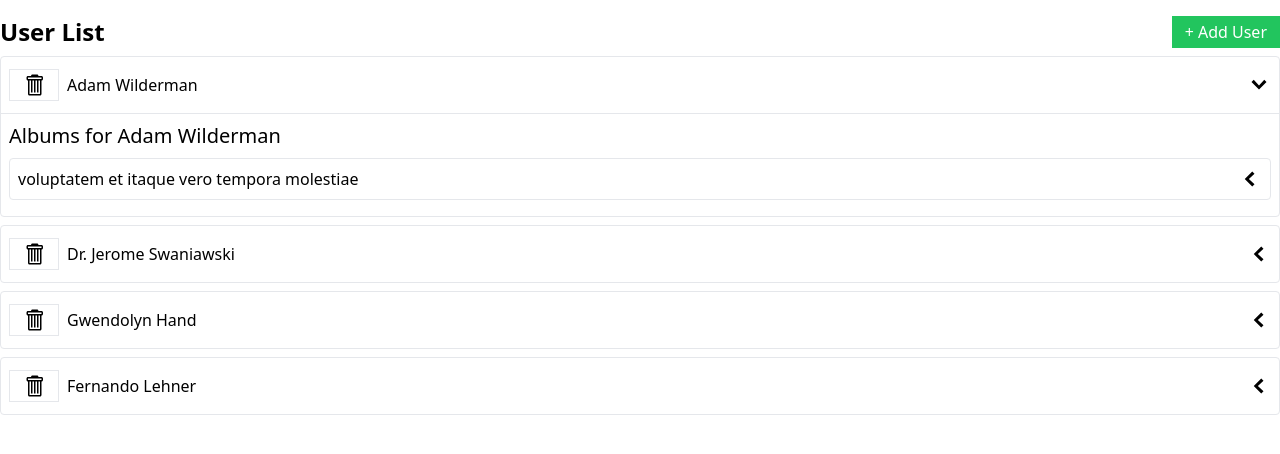
Repository: Marhamat92/users-app-redux-thunk-and-query
Page: /, after clicking the first element matching `div.p-2 > :nth-child(2)`
An editor plug-in stored every save of this project. The page is shown before and after the next save, followed by the edit.
The browser window is 1280 px wide. The pictures show the whole page.
The project was rebuilt for these pictures with package versions that can differ from the ones it lists, and the page was loaded fresh each time. Requests to the local data server were answered from the project's data file.

Above is the page before, as saved 2023-02-02 17:35:13.

### src/index.js
import React from 'react';
import ReactDOM from 'react-dom/client';
import './index.css';
import App from './App';
import { Provider } from 'react-redux';
import { store } from './store';

const root = ReactDOM.createRoot(document.getElementById('root'));
root.render(
  <Provider store={store}>
    <App />
  </Provider>
);

### src/App.js
import UsersList from "./components/UsersList";


function App() {
  return (
    <div className="container mx-auto">
      <UsersList />
    </div>
  );
}

export default App;

### src/store/index.js
import { configureStore } from '@reduxjs/toolkit';
import { usersReducer } from './slices/usersSlice';
import {albumsApi} from './apis/albumsApi'; //we import the api that we created in the albumsApi.js
import {setupListeners} from '@reduxjs/toolkit/query'; //this is the function that we use //!to listen to the api

export const store = configureStore({
  reducer: {
    users: usersReducer,
    [albumsApi.reducerPath]:albumsApi.reducer //we add the reducer of the api to the store. there is another way: //!albums:albumsApi.reducer
  },
  middleware: (getDefaultMiddleware) => getDefaultMiddleware().concat(albumsApi.middleware) //we add the middleware of the api to the store
  //Middleware helps you with logging, error reporting, making asynchronous requests, and a whole lot more.
 });

setupListeners(store.dispatch); //we use this function to //!listen to the api

export * from './thunks/fetchUsers'; //  We are importing this here and exporting it from here so we can use it in App.js
export * from './thunks/addUser'; //  We are importing this here and exporting it from here so we can use it in App.js
export * from './thunks/removeUser'; //  We are importing this here and exporting it from here so we can use it in App.js
export {useFetchAlbumsQuery} from './apis/albumsApi'; //we export the hook of the api to use it in the component

### src/components/UsersList.js
import React, { useEffect, useState } from 'react'
import { fetchUsers, addUser } from '../store'
import { useDispatch, useSelector } from 'react-redux'
import Skeleton from './Skeleton'
import Button from './Button'
import { useThunk } from '../hooks/use-thunk'
import UsersListItem from './UsersListItem'



function UsersList() {
  const dispatch = useDispatch()
  const { data } = useSelector((state) => {
    return state.users;
  });
  // const [isLoadingUsers, setIsLoadingUsers] = useState(false)  //!we removed these two lines because we are using hook useThunk
  // const [loadingUsersError, setLoadingUsersError] = useState(null)
  const [doFetchUsers, isLoadingUsers, loadingUsersError] = useThunk(fetchUsers) //!we are using useThunk hook to get the data from the server
  //! we deleted isLoading and error from destructring because we will use useState instead of isLoading and error which are isLoadingUsers and loadingUsersError
  // const [isAddingUser, setIsAddingUser] = useState(false)
  // const [addingUserError, setAddingUserError] = useState(null)
  const [doAddUser, isAddingUser, addingUserError] = useThunk(addUser) //!we are using useThunk hook to add the data to the server


  useEffect(() => {

    doFetchUsers(); //!we are using doFetchUsers instead of dispatch(fetchUsers()) because we are using useThunk hook
    //when we console log dispatch we see unwrap, so we ca use t to create a promise and then we can use then and catch to show the loading or error accordingly
  }, [doFetchUsers])

  const handleAddUser = () => {
    doAddUser()
  }

  let content;
  if (isLoadingUsers) {
    content = <Skeleton className="h-10 w-full" times={10} />
  } else if (loadingUsersError) {
    content = <div>Error while fetching data..</div>
  } else {
    content = data.map((user) => {
      return (
        <UsersListItem key={user.id} user={user} />
      )
    })
  }


  return (

    <div>
      <div className='flex flex-row justify-between items-center mt-4' >
        <h1 className='text-2xl font-bold' >User List</h1>
        <Button loading={isAddingUser} onClick={handleAddUser} success>
          + Add User
        </Button>
        {addingUserError && <div>Error while adding user</div>}
      </div>
      {content}
    </div>
  )
}

export default UsersList

### src/store/slices/usersSlice.js
import { createSlice } from '@reduxjs/toolkit';
import { fetchUsers } from '../thunks/fetchUsers';
import { addUser } from '../thunks/addUser';
import { removeUser } from '../thunks/removeUser';

const usersSlice = createSlice({
  name: "users",
  initialState: {
    data: [],
    // isLoading: false,
    // error: null,

  },
  reducers: {},// we don't need reducers here because we are not creating a slice, we are creating a slice for fetching users in src/store/thunks/fetchUsers.//js
  extraReducers(builder) {
    builder.addCase(fetchUsers.pending, (state, action) => { state.isLoading = true });
    builder.addCase(fetchUsers.fulfilled, (state, action) => { state.isLoading = false; state.data = action.payload; });
    builder.addCase(fetchUsers.rejected, (state, action) => { state.isLoading = false; state.error = action.payload; });
    builder.addCase(addUser.pending, (state, action) => { state.isLoading = true; })
    builder.addCase(addUser.fulfilled, (state, action) => { state.isLoading = false; state.data.push(action.payload) });
    builder.addCase(addUser.rejected, (state, action) => { state.isLoading = false; state.error = action.error });
    builder.addCase(removeUser.pending, (state, action) => { state.isLoading = true })
    builder.addCase(removeUser.fulfilled, (state, action) => { state.isLoading = false; state.data = state.data.filter(user => user.id !== action.payload.id) })
    builder.addCase(removeUser.rejected, (state, action) => { state.isLoading = false; state.error = action.error })
  }

});


//pending means that we are waiting for the response from the server
//fulfilled means that we got the response from the server
//rejected means that we got an error from the server

export const usersReducer = usersSlice.reducer;

### src/store/apis/albumsApi.js
 import { createApi,fetchBaseQuery} from '@reduxjs/toolkit/query/react'

 const albumsApi = createApi({
    reducerPath: 'albums',  //this is the name of the reducer that we will use in the store
    baseQuery: fetchBaseQuery({   //normally we cant use axios because of redux query has fetch function and its configuration is with fetchBaseQuery
      baseUrl: "http://localhost:3004"
    }),
    endpoints(builder){
      return {
        fetchAlbums:builder.query({
          query:(user)=>{ //we pass the user as a parameter to the query because we need the user id to get the albums of the user from the api and how we found user id in the thunk we pass it to the query
            return {
              url:'/albums',  //this is the url of the api that we add to base url
              params:{      //this is the query parameter that we add to the url ex: http://localhost:3004/albums?userId=1
                userId:user.id //we can add more than one parameter
              },
              method:'GET' //this is the method of the api
              //we don't add body because we don't need to send data to the api
            }
          }
        })
      }

    }

 });

 export const {useFetchAlbumsQuery} = albumsApi; //this is the hook that we use in the component and we take this name from the name of the endpoint,it can be any name we want , for example we name it getAlbums and below we will use useGetAlbumsQuery
 export {albumsApi} //we export the api to use it in the store

### src/store/thunks/fetchUsers.js
import { createAsyncThunk } from "@reduxjs/toolkit";  // we use createAsyncThunk instead of createSlice here because we are not creating a slice, we are creating a thunk for fetching users
import axios from "axios";

const fetchUsers = createAsyncThunk('users/fetch', async () => {
  const response = await axios.get('http://localhost:3004/users')

  //!lets add short pause for development test to see if loading works or not (we will remove it later)
  await pause(1000) //! we are using await here because we want to wait for the pause to finish before we return the response.data
  return response.data;
})


//!lets add short pause for development test to see if loading works or not (we will remove it later)
const pause = (duration) => {
  return new Promise((resolve) => {
    setTimeout(
      resolve, duration)
  })
}


// when we create async thunk, fetchUsers.pending, fetchUsers.fulfilled, fetchUsers.rejected are automatically created and we can use them inside extraReducers in src/store/slices/usersSlice.js
//so fetchUsers.pending === 'users/fetch/pending', fetchUsers.fulfilled === 'users/fetch/fulfilled', fetchUsers.rejected === 'users/fetch/rejected'

//pending means that we are waiting for the response from the server
//fulfilled means that we got the response from the server
//rejected means that we got an error from the server

export { fetchUsers };

### src/store/thunks/addUser.js
import { createAsyncThunk } from '@reduxjs/toolkit';
import axios from 'axios';
import { faker } from '@faker-js/faker';

const addUser = createAsyncThunk('users/add', async () => {
  const response = await axios.post('http://localhost:3004/users', {
    name: faker.name.fullName(),
  });

  return response.data;
});

export { addUser };

### src/store/thunks/removeUser.js
import { createAsyncThunk } from '@reduxjs/toolkit';
import axios from 'axios';

const removeUser = createAsyncThunk(
  'users/remove', async (user) => {
    axios.delete(`http://localhost:3004/users/${user.id}`);
    return user;
  });

export { removeUser }

### src/components/Skeleton.js
import React from 'react'
import classNames from 'classnames'

function Skeleton({ times, className }) {

  const outerClassNames = classNames(
    'relative',
    'overflow-hidden',
    'bg-gray-200',
    'rounded',
    'mb-2.5',
    'mt-2.5',
    className
  );
  const innerClassNames = classNames(
    'animate-shimmer',
    'absolute',
    'inset-0',
    '-translate-x-full',
    'bg-gradient-to-r',
    'from-gray-200',
    'via-white',
    'to-gray-200',


  );

  const boxes = Array(times).fill(0).map((_, i) => {
    return (<div key={i} className={outerClassNames}>
      <div className={innerClassNames} />
    </div>)
  });



  return boxes
}

export default Skeleton

### src/components/Button.js
import className from 'classnames';
import { GoSync } from 'react-icons/go'

function Button({
  children,
  primary,
  secondary,
  success,
  warning,
  danger,
  outline,
  rounded,
  loading,
  ...rest
}) {
  const classes = className(
    rest.className,
    'flex items-center px-3 py-1.5 border h-8',
    {
      'opacity-80': loading,
      'border-blue-500 bg-blue-500 text-white': primary,
      'border-gray-900 bg-gray-900 text-white': secondary,
      'border-green-500 bg-green-500 text-white': success,
      'border-yellow-400 bg-yellow-400 text-white': warning,
      'border-red-500 bg-red-500 text-white': danger,
      'rounded-full': rounded,
      'bg-white': outline,
      'text-blue-500': outline && primary,
      'text-gray-900': outline && secondary,
      'text-green-500': outline && success,
      'text-yellow-400': outline && warning,
      'text-red-500': outline && danger,
    }
  );

  return (
    <button disabled={loading} {...rest} className={classes}>
      {loading ? <GoSync className="animate-spin" /> : children}
    </button>
  );
}

Button.propTypes = {
  checkVariationValue: ({ primary, secondary, success, warning, danger }) => {
    const count =
      Number(!!primary) +
      Number(!!secondary) +
      Number(!!warning) +
      Number(!!success) +
      Number(!!danger);

    if (count > 1) {
      return new Error(
        'Only one of primary, secondary, success, warning, danger can be true'
      );
    }
  },
};

export default Button;

### src/hooks/use-thunk.js
import { useState, useCallback } from 'react'
import { useDispatch } from 'react-redux'

export function useThunk(thunk) {
  const [isLoading, setIsLoading] = useState(false);
  const [error, setError] = useState(null);
  const dispatch = useDispatch();

  const runThunk = useCallback(
    (arg) => {
      setIsLoading(true);
      dispatch(thunk(arg))
        .unwrap()
        .catch((err) => setError(err))
        .finally(() => setIsLoading(false));
    },
    [dispatch, thunk]
  );

  return [runThunk, isLoading, error];
}

### src/components/UsersListItem.js
import React from 'react'
import { GoTrashcan } from 'react-icons/go';
import { removeUser } from '../store';
import Button from './Button';
import { useThunk } from '../hooks/use-thunk';
import ExpandablePanel from './ExpandablePanel';
import AlbumsList from './AlbumsList';


function UsersListItem({ user }) {
  const [doRemoveUser, isLoading, error] = useThunk(removeUser)

  const handleRemoveUser = () => {
    doRemoveUser(user)
  }

  const header = <>
    <Button onClick={handleRemoveUser} loading={isLoading} >
      <GoTrashcan className='text-2xl hover:text-red-500 cursor-pointer ' />
    </Button>
    <div className='flex p-2 justify-between items-center cursor-pointer' >{user.name}</div>
  </>

  return (<ExpandablePanel header={header} >
    <AlbumsList user={user} />
  </ExpandablePanel>
  )
}

export default UsersListItem

### src/components/ExpandablePanel.js
import React, { useState } from 'react'
import { GoChevronDown, GoChevronLeft } from 'react-icons/go'

function ExpandablePanel({ header, children }) {
  const [expanded, setExpanded] = useState(false)


  const toggleExpanded = () => {
    setExpanded(!expanded)
  }



  return (
    <div className="mb-2 border rounded mt-2">
      <div className="flex p-2 justify-between items-center ">
        <div className="flex flex-row items-center justify-between">
          {header}
        </div>
        <div className='cursor-pointer' onClick={toggleExpanded} >
          {expanded ? <GoChevronDown className='text-2xl' /> : <GoChevronLeft className='text-2xl' />}
        </div>
      </div>
      {
        expanded && <div className='p-2 border-t' >
          {children}
        </div>
      }

    </div>
  )
}

export default ExpandablePanel

### src/components/AlbumsList.js
import React from 'react'
import { useFetchAlbumsQuery } from '../store';
import Skeleton from './Skeleton'
import Button from './Button'
import ExpandablePanel from './ExpandablePanel'


function AlbumsList({ user }) {

 const {data,error,isLoading} = useFetchAlbumsQuery(user) //we use the hook of the api to get the data from the api and we pass the user as a parameter to the query because we need the user id to get the albums of the user from the api. error and isLoading are the same as the other hooks which we use in the thunk and we use them to handle the errors and loading
//!we dont use useEffect because the hook of the api is a useEffect hook
 console.log(data,error,isLoading)


 let content;
 if(isLoading){
    content = <Skeleton times={3} />
 } else if(error){
    content = <div>Error Fetching Albums....</div>
 }else{
    content = data.map((album)=>{
      return (
        <ExpandablePanel key={album.id} header={album.title}>
          Photos
        </ExpandablePanel>

      )
    })
 }



  return (
    <div>
      <h1 className="text-xl">
      {`Albums for ${user.name}`}
      </h1>
      <div>
        {content}
      </div>
    </div>
  )
}

export default AlbumsList

### tailwind.config.js
/** @type {import('tailwindcss').Config} */
module.exports = {
  content: [
    "./src/**/*.{js,jsx,ts,tsx}",
  ],
  theme: {
    extend: {
      keyframes: {
        shimmer: {
          '100%': { transform: 'translateX(100%)' },
        },
      },
      animation: {
        shimmer: 'shimmer 1.5s infinite',
      },
      colors: {},
      fontFamily: {},
      fontSize: {},
      fontWeight: {},
      height: {},
      inset: {},
      letterSpacing: {},
      lineHeight: {},
      margin: {},
      maxHeight: {},
      maxWidth: {},
      minHeight: {},
      minWidth: {},
      opacity: {},
      padding: {},
      screens: {
        xs: "320px",
        sm: "640px",
        md: "768px",
        lg: "1024px",
        xl: "1280px",
        "2xl": "1536px",

      },
      spacing: {},
      stroke: {},
      strokeWidth: {},
      textColor: {},
      width: {},
      zIndex: {},
    },
  },
  plugins: [],
}

### db.json
{
  "users": [
    {
      "name": "Adam Wilderman",
      "id": 3
    },
    {
      "name": "Dr. Jerome Swaniawski",
      "id": 6
    },
    {
      "name": "Gwendolyn Hand",
      "id": 10
    },
    {
      "name": "Fernando Lehner",
      "id": 12
    }
  ],
  "albums": [
    {
      "id":10,
      "title":"voluptatem et itaque vero tempora molestiae",
      "userId":3
    },
    {
      "id":15,
      "title":"voluptatem et itaque",
      "userId":12
    }
  ],
  "photos": []
}

Loaded but not shown: public/index.html (common file); src/index.css (common file)

After the next save:
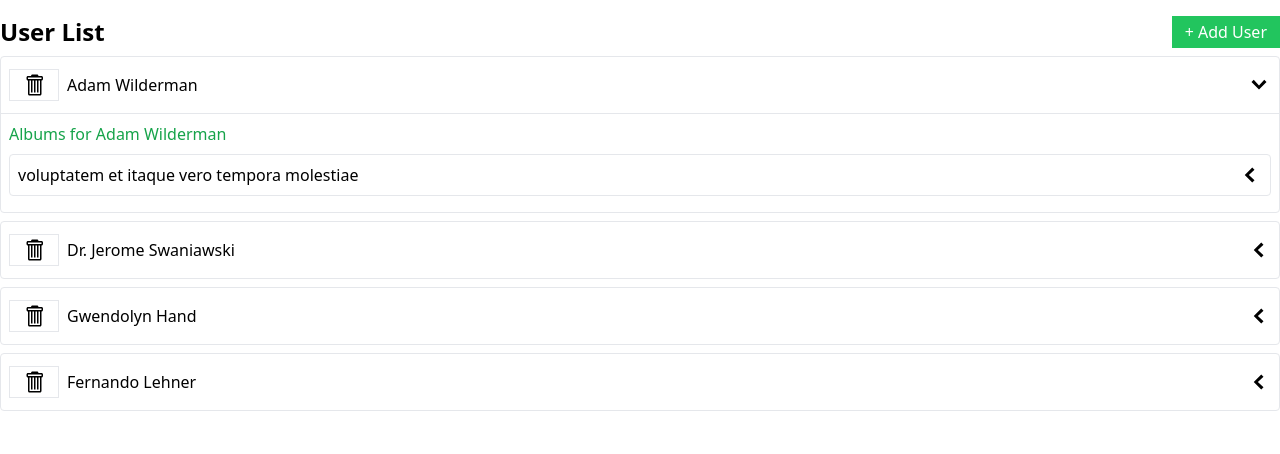
Saved 8 s later.
--- a/src/components/AlbumsList.js
+++ b/src/components/AlbumsList.js
@@ -32,7 +32,7 @@ function AlbumsList({ user }) {
 
   return (
     <div>
-      <h1 className="text-xl">
+      <h1 className="text-green-600">
       {`Albums for ${user.name}`}
       </h1>
       <div>
